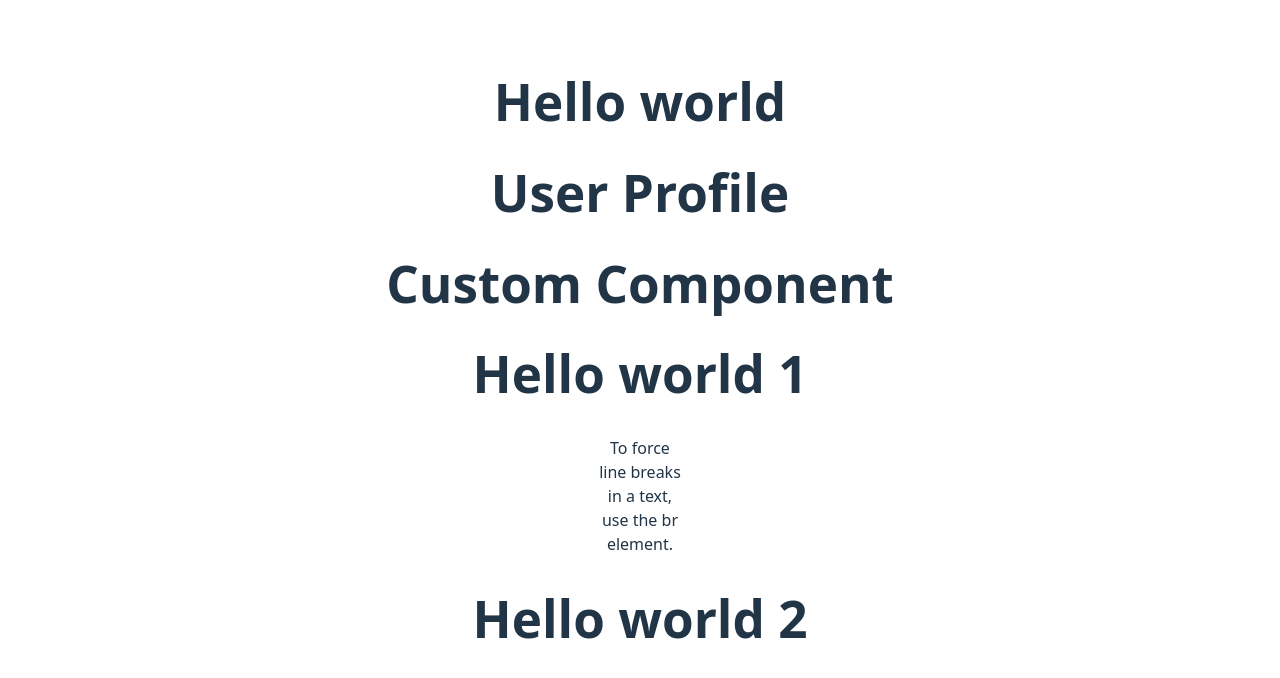
Repository: Janum4444/React-learning
Page: /
An editor plug-in stored every save of this project. The page is shown before and after the next save, followed by the edit.
The browser window is 1280 px wide. The pictures show the whole page.
The project was rebuilt for these pictures with package versions that can differ from the ones it lists, and the page was loaded fresh each time. Also part of the build but not shown: vite.config.js.

Above is the page before, as saved 2026-02-21 19:56:27.

After the next save:
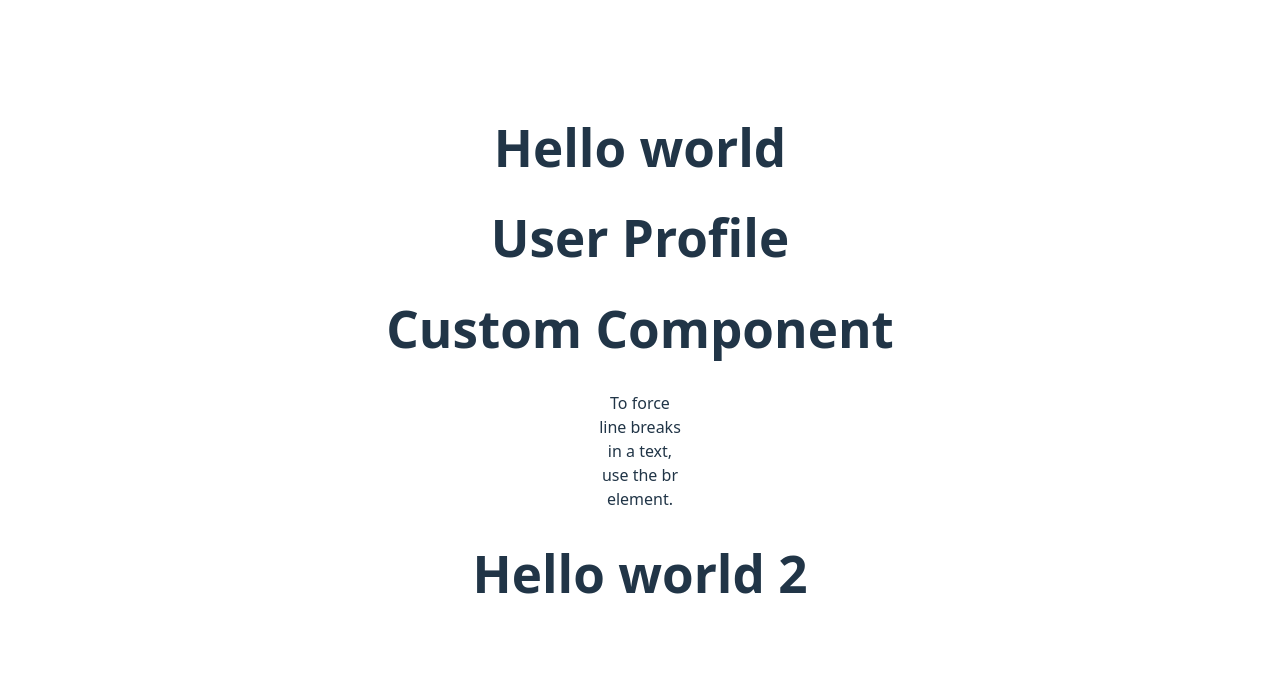
Saved 5 s later.
--- a/src/Hello.jsx
+++ b/src/Hello.jsx
@@ -3,7 +3,7 @@ export const Hello = () => {
     return (
         <>
             <div id="hello-container1">
-                <h1> Hello world 1</h1>
+                <h1> </h1>
             </div>
 
             <p>
